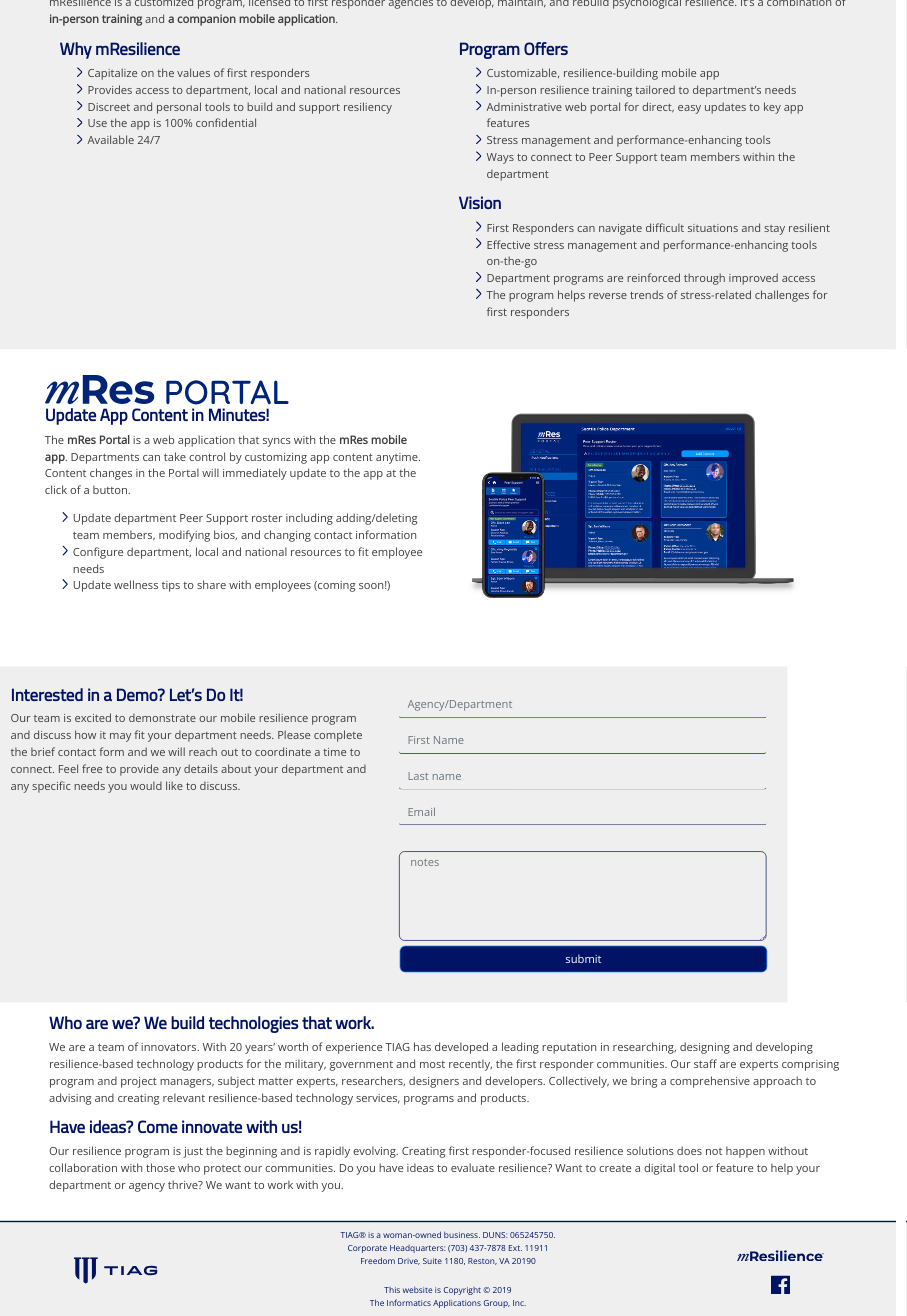
Repository: shenjune/mResilienceWebsite
Page: index.html
These files come from the project's save history. The page is drawn as it stood at one moment and after the next save; the edit follows.
The browser window is 1280 px wide. The page is 1295 px wide, so the pictures cover 1295 px, including what lies to the right of the window. The pictures show the part of the page from y = 1330 to 3210 px (the page is 3210 px tall before and 3180 px after), at 70% of full size.
Some web libraries are served in a nearby version.

Above is the page before, as saved 2019-11-09 13:07:11.

### index.html
<!doctype html>
<html lang="en">
<head>
	<title>TIAG mResilience</title>
	<!-- Required meta tags -->
	<meta charset="utf-8">
	<meta name="viewport" content="width=device-width, initial-scale=1, shrink-to-fit=no">

	<!-- NOTE: moved reset to before all other stylesheets -->
	<link rel="reset" href="./Assets/reset.css">

	<!-- Google Fonts -->
	<link href="https://fonts.googleapis.com/css?family=Titillium+Web&display=swap" rel="stylesheet">
	<link href="https://fonts.googleapis.com/css?family=Open+Sans&display=swap" rel="stylesheet">

	<!-- Bootstrap CSS -->
	<link rel="stylesheet" href="https://stackpath.bootstrapcdn.com/bootstrap/4.3.1/css/bootstrap.min.css" integrity="sha384-ggOyR0iXCbMQv3Xipma34MD+dH/1fQ784/j6cY/iJTQUOhcWr7x9JvoRxT2MZw1T" crossorigin="anonymous">

	<!-- Font Awesome CSS Icons (For cool glyphicons) -->
	<link rel="stylesheet" href="https://maxcdn.bootstrapcdn.com/font-awesome/4.5.0/css/font-awesome.min.css" />

	<!-- CSS Stylesheet -->
	<!-- NOTE: removed `media="screen"` attribute below since there's only one custom stylesheet -->
	<link rel="stylesheet" href="style.css"/>

</head>

<body>

<!-- 01 Nav -->
	<nav class="navbar navbar-expand-lg nav-bg-color navbar-light" id="nav">
		<a class="navbar-brand" href="#">
			<img src="Assets/Images/mResFullLogo1.svg" alt="mResilience Logo" class="img-fluid">
		</a>
		<button class="navbar-toggler" type="button" data-toggle="collapse" data-target="#navbarSupportedContent" aria-controls="navbarSupportedContent" aria-expanded="false" aria-label="Toggle navigation">
			<span class="navbar-toggler-icon"></span>
		</button>

		<!--Start of NavBar links-->
		<div class="collapse navbar-collapse titillium-font" id="navbarSupportedContent">
			<ul class="navbar-nav ml-auto">
			<!--NavBar Main Link-->
				<li class="nav-item">
					<a class="nav-link" href="#main"><h5 class= "secondFont">Main</h5><span class="sr-only">(current)</span></a>
				</li>
				<!--NavBar Why Link-->
				<li class="nav-item">
					<a class="nav-link" href="#why"><h5 class= "secondFont">The Why</h5></a>
				</li>
				<!--NavBar Features Link-->
				<li class="nav-item">
					<a class="nav-link" href="#portal-div"><h5 class= "secondFont">Features</h5></a>
				</li>
				<!--NavBar Contact Link-->
				<li class="nav-item">
					<a class="nav-link" href="#back-form"><h5 class= "secondFont">Contact</h5></a>
				</li>
				<!--NavBar About Link-->
				<li class="nav-item">
					<a class="nav-link" href="#about"><h5 class= "secondFont">About</h5></a>
				</li>
				<!--NavBar Facebook Link-->
				<li class="nav-item" id="nav-fb">
					<a href="https://www.facebook.com/mresilience/"  target= "_blank" class="nav-link"><img src="Assets/Images/Facebook.svg" alt="facebook logo"></a>
				</li>
				<!--NavBar TIAG Link to www.tiag.net-->
				<li class="nav-item" id="nav-tiag">
					<a href="http://tiag.net" target="_blank" class="nav-link"><img src="Assets/Images/TIAGlogo.svg" height="25Spx" alt="TIAG logo"></a>
				</li>
			</ul>
		</div>
	</nav>

	<!-- 02 Main -->
	<div class="row" id="main">
		<div class="col-lg-7 ml-auto col-sm-12">
			<img src="Assets/Images/01MainPhone.png" width="100%">
		</div>
		<div class="align-left col-lg-5 ml-auto ">
			<!-- Beginning header image and opening paragraph -->
			<img src="Assets/Images/mResLogo.svg" alt="mResLogo" class="mobilePadding" id="mResLogo">
			<h4 class="secondFont mobilePadding">
				Mobile App for First Responders
			</h4>
			<p class="lead mobilePadding" id="leadText">A customizable resilience-building app available 24/7 that provides direct access to peer support, department supported resources, and stress management tools.</p>
		</div>

		<div class="col-12" id="mainBottomImage">
			<!-- NOTE: style this image using id or class in the stylesheet -->
			<img src="Assets/Images/02MainFooterImage.png" id="mainBottomImage" alt="image of first responders">
		</div>
	</div>

	<!-- 03 The Why -->
	<div id="why">
		<div class="container">
			<div class="row">
				<div class="col-12">
					<!-- 03A: First Responder Challenges section-->
					<div id= "3A">
						<div class="row" id="challengesHeader">
							<h4 class="invert">First Responder Challenges</h4>
						</div>

						<!-- 03A: First Responder Challenges text -->
						<div class="row" id="challengeStatement">
							<p>First responders put resilience to the test every day. The ability to “bounce back” is critical to do the work of protecting and saving lives. But the challenges of first responder work hit at the core. <strong>Strengthening</strong> and <strongaintaining resilience</strong> are the cornerstone of any prevention program.</p>
						</div>

						<!-- 03A: Bullet Points -->
						<div class="row" id="titles">
							<!-- STRESS SECTION -->
							<div class="col-lg-6 col-sm-12" id="stressSubHeader">
								<h4 class= "secondFont">Effects of Stress & Trauma</h4>
								<!-- STRESS PTS -->
								<div class="row">
								<!-- STRESS BULLET POINTS I-->
									<div class="col-6" >
										<ul class="checkBullets">
											<li>Burnout</li>
											<li>Obesity</li>
											<li>Substance Abuse</li>
											<li>PTSD</li>
											<li>Depression</li>
										</ul>
									</div>
							<!-- STRESS BULLET POINTS PT II-->
									<div class="col-6" >
										<ul class="checkBullets">
											<li>Anxiety</li>
											<li>Domestic Abuse</li>
											<li>Suicide</li>
											<li>Poor cardiac health</li>
											<li>Agitation/Anger</li>
										</ul>
									</div>
								</div>
							</div>

							<!-- DEPARTMENT SECTION -->
							<div class="col-lg-6 col-sm-12" id="challengesSubHeader">
								<h4 class= "secondFont">Department Challenges</h4>
								<div class="row">
								<!-- DEPARTMENT PTS -->
									<div class="col-12" id="challengebullets">
										<ul class= "exPt">
											<li>Impact of stress on productivity, performance and retention</li>
											<li>Cost-effective ways to address the mental challenges of the job</li>
											<li>The stigma against seeking psychological help</li>
										</ul>
									</div>
								</div>
							</div>
						</div>
					</div>
				</div>
			</div>

			<!--03B: The Solution Section-->
			<div id="solutionSection">
				<!-- Solution Title -->
				<div class="row" id="solutionHeader">
					<h4 class="invert">The Solution</h4>
				</div>

				<!-- Solution Statement -->
				<div class="row" id="solutionStatement">
					<p>mResilience is a customized program, licensed to first responder agencies to develop, maintain, and rebuild psychological resilience. It’s a combination of <strong>in-person training</strong> and <strong>a companion mobile application</strong>.</p>
				</div>

				<!-- Solution Bullet Points -->
				<div class="row" id="titles2">
					<div class="col-lg-6 ml-auto col-sm-12" id="whymResSubHeader">
						<h4 class="secondFont">Why mResilience</h4>
						<ul class="arrow" id="whyBullets">
							<li>Capitalize on the values of first responders</li>
							<li>Provides access to department, local and national resources</li>
							<li>Discreet and personal tools to build and support resiliency</li>
							<li>Use the app is 100% confidential</li>
							<li>Available 24/7</li>
						</ul>
					</div>

				<!-- <div id="programOffers"> -->
					<div class="col-lg-6 ml-auto col-sm-12" id="programSubHeader">
						<h4 class="secondFont">Program Offers</h4>
						<ul class="arrow" id="offerBullets">
							<li>Customizable, resilience-building mobile app</li>
							<li>In-person resilience training tailored to department’s needs</li>
							<li>Administrative web portal for direct, easy updates to key app features</li>
							<li>Stress management and performance-enhancing tools</li>
							<li>Ways to connect to Peer Support team members within the department</li>
						</ul>
					</div>
				</div>

				<!-- Vision Bullet Points -->
				<!-- need to add align left to this div -->
				<div class="row">
					<div class="col-lg-6 ml-auto col-sm-12" id="visionSubheader">
						<h4 class="secondFont">Vision</h4>
						<ul class="arrow">
							<li>First Responders can navigate difficult situations and stay resilient</li>
							<li>Effective stress management and performance-enhancing tools on-the-go</li>
							<li>Department programs are reinforced through improved access</li>
							<li>The program helps reverse trends of stress-related challenges for first responders</li>
						</ul>
					</div>
				</div>
			</div>
		</div>
	</div>

	<!-- 04 PORTAL DIV -->
	<div id= "portal-div" class="row">
		<!-- div for the portal text -->
		<div class="col-lg-6 ml-auto col-sm-12">
			<img id="portallogo" src="Assets/Images/portallogo2.svg" alt="mResLogo">
			<h4 class= "secondFont">Update App Content in Minutes!</h4>
			<p>The <strong>mRes Portal</strong> is a web application that syncs with the <strong>mRes mobile app</strong>. Departments can take control by customizing app content anytime. Content changes in the Portal will immediately update to the app at the click of a button.</p>

			<ul class="arrow">
				<li>Update department Peer Support roster including adding/deleting team members, modifying bios, and changing contact information</li>
				<li>Configure department, local and national resources to fit employee needs</li>
				<li>Update wellness tips to share with employees (coming soon!)</li>
			</ul>
		</div>

	<!-- div for the Feature images -->
		<div class="col-lg-6 col-sm-12">
			<img id='portalImg' src="Assets/Images/portal.png" alt="portalImg">
		</div>
	</div>

	<!---- 05 Contact Form ---->
	<div id="back-form" class="container mobilePadding2 row">
		<div class= "col-lg-6 col-sm-12">
			<h4 class="secondFont">Interested in a Demo? Let’s Do It!</h4>
			<p>Our team is excited to demonstrate our mobile resilience program and discuss how it may fit your department needs. Please complete the brief contact form and we will reach out to coordinate a time to connect. Feel free to provide any details about your department and any specific needs you would like to discuss.</p>
		</div>

		<form class= "col-lg-6 col-sm-12" id="back-form2">
		<!-- INPUT SECTION -->
			<div class="form-group" >
				<!-- Department input -->
				<div class="row input-row">
					<div class="col-lg-12">
						<input type="text" class="form-control input-border" id="user-dept" placeholder="Agency/Department">
					</div>
				</div>

				<!-- First name input -->
				<div class="row input-row">
					<div class="col-lg-12">
						<input type="text" class="form-control input-border" id="user-name" placeholder="First Name">
					</div>
				</div>

				<!-- Last name input -->
				<div class="row input-row">
					<div class="col-lg-12">
						<input type="text" class="form-control input-border" id="user-last-name" placeholder="Last name">
					</div>
				</div>

				<!-- Email input -->
				<div class="row input-row">
					<div class="col-lg-12">
						<input type="email" class="form-control input-border" id="user-email" placeholder="Email">
					</div>
				</div>

				<!-- Notes input -->
				<div class="row">
					<div class="col-lg-12">
						<label for="message"></label>
						<textarea class="col-lg-12" id="message" name="message" required="required" placeholder="notes"></textarea>
					</div>
				</div>

			<!-- Submit button -->
				<div class="row">
					<div class="col-lg-12">
						<button type="submit" class="btn btn-primary" id="send">submit</button>
					</div>
				</div>
			</div>
		</form>
	</div>

	<!--06 About TIAG goes here-->
	<div id="about">
		<div class="container mobilePadding2">
			<div class="row">
				<div id = "whoWeAre" style="margin-top:15px">
					<h4 class="secondFont">
						<strong>Who are we?</strong>  We build technologies that work.
					</h4>
				</div>
				<div id ="whoWeAreP">
					<p>We are a team of innovators. With 20 years’ worth of experience TIAG has developed a leading reputation in researching, designing and developing resilience-based technology products for the military, government and most recently, the first responder communities. Our staff are experts comprising program and project managers, subject matter experts, researchers, designers and developers. Collectively, we bring a comprehensive approach to advising and creating relevant resilience-based technology services, programs and products.</p>
				</div>

			<div id="haveIdeas">
				<h4 class="secondFont">
					<strong>Have ideas?</strong> Come innovate with us!
				</h4>
			</div>

			<div id="haveIdeasP">
				<p>Our resilience program is just the beginning and is rapidly evolving. Creating first responder-focused resilience solutions does not happen without collaboration with those who protect our communities. Do you have ideas to evaluate resilience? Want to create a digital tool or feature to help your department or agency thrive? We want to work with you.</p>
			</div>
			<br>
			</div>
		</div>
	</div>

	<!-- FOOTER FOR THE WEBSITE -->
	<footer class="footer">
		<div id= "" class="container">
			<div id= "footer-row" class="row">
			<!-- footer conditions in Javascript will reference this div -->
			</div>
		</div>
	</footer>

	<!-- Optional JavaScript -->
	<!-- jQuery first, then Popper.js, then Bootstrap JS -->
	<script src="https://code.jquery.com/jquery-3.1.1.min.js"></script>
	<script src="https://cdnjs.cloudflare.com/ajax/libs/twitter-bootstrap/4.0.0/js/bootstrap.bundle.min.js"></script>

	<!-- commented out to make nytimes api work -->
	<!-- <script src="https://code.jquery.com/jquery-3.3.1.slim.min.js" integrity="sha384-q8i/X+965DzO0rT7abK41JStQIAqVgRVzpbzo5smXKp4YfRvH+8abtTE1Pi6jizo" crossorigin="anonymous"></script> -->
	<script src="https://cdnjs.cloudflare.com/ajax/libs/popper.js/1.14.7/umd/popper.min.js" integrity="sha384-UO2eT0CpHqdSJQ6hJty5KVphtPhzWj9WO1clHTMGa3JDZwrnQq4sF86dIHNDz0W1" crossorigin="anonymous"></script>
	<script src="https://stackpath.bootstrapcdn.com/bootstrap/4.3.1/js/bootstrap.min.js" integrity="sha384-JjSmVgyd0p3pXB1rRibZUAYoIIy6OrQ6VrjIEaFf/nJGzIxFDsf4x0xIM+B07jRM" crossorigin="anonymous"></script>

	<!-- script link to send email from contact form to tiag -->
	<script src="https://smtpjs.com/v3/smtp.js"></script>
	<script src="script.js"></script>

</body>
</html>

### style.css
/* BODY */

body {
    /*  APPLIES OPEN SANS WITH GREY COLOR TO WHOLE PAGE */
    /*  Desired effect is making all text the grey and sans */
    font-family: 'Open Sans', sans-serif;
    color: #3e3e3e;
    width: 100%;
    font-weight: normal;
}

/*  CLASS FOR TITILLIUM FONT WITH BLUE COLOR */

.secondFont {
    font-family: 'Titillium Web', sans-serif;
    color: #001365;
    font-weight: bold;
}

/*  CLASS FOR INVERTED HEADER */

.invert {
    margin-top: 15px;
    font-family: 'Titillium Web', sans-serif;
    color: #eeeeee;
    background-color: #001365;
    padding: 10px;
    padding-left: 15px;
}

/* 01 Nav */

/*scroll-behavior animation for Chrome and FoxFire*/
html {
    scroll-behavior: smooth;
}

#nav{
    position: fixed;
    z-index: 1;
}

nav {
    background-color: #efefef;
    border-bottom: 2px solid #001365;
    top: 0;
    width: 100%;
}

.nav-link {
    margin-right: 15px;
    padding: 5px;
    margin-top: 0px;
    align-items: center;
    justify-content: center;
    }

.nav-link h5:hover {
    font-family: 'Titillium Web', sans-serif;
    color: #eeeeee;
    background-color: #001365;
    }


/* 02 Main Section */

div#main.row{
    margin-top: 8%;
}

#main h4 {
    margin-top: 30px;
}

#mResLogo {
    margin-top: 5%;
}

#mainBottomImage {
    width: 100%;
    height: auto;
    margin: 0 auto;
    position: relative;
    top: 0;
    bottom:0;
    z-index: -1;
}
/* White mResilience Logo that overlays on the people picture under the mobile app image in 02. Main section*/
/*div img#whiteLogo {
    margin: 10% 35%;
    position: absolute;
} */

/* 03 The Why Section */

#why {
    background:#efefef;
    padding-bottom: 2%;
}

.checkBullets {
    list-style-image: url('Assets/Images/02checkmark.svg');
}

.exPt {
    list-style-image: url('Assets/Images/02exclamation.svg');
}

.arrow {
    list-style-image: url('Assets/Images/02arrow.svg')
}

/* 04 Portal Section*/

#portal-div {
    color:#3e3e3e;
    background:white;
    width:100%;
    padding-top: 2%;
    padding-left: 5%;
    padding-right: 5%;
    padding-bottom:5%;
}

#portallogo {
    height: 12%;
    margin-top: 2%;

}

#portalImg {
    width:100%;
    height:auto;
    padding-top: 8%;
    padding-right:3%;
}

/* 05 contact form */

#back-form {
    background:#efefef;
    padding-top: 2%;
    padding-bottom: 2%;
}
div.container div.row h4.secondFont{
    padding-top: 0%;
}

div.container div.row form#back-form.col-lg-6.col-sm-12{
    padding-top:2%;
    padding-left: 0%;
}
/* 05 Contact form border & background color by ID */

.input-row {
    margin-top:10px;
    margin-bottom:10px;
}

#user-dept {
    background:#efefef;
}

#user-name {
    background:#efefef;
}

#user-last-name {
    background:#efefef;
}

#user-email {
    background:#efefef;
}

#message{
    border-radius: 8px;
    height: 8em;
    border: 1.5px solid #001365;
    background:#efefef;
}

.input-border {
    border-style: none;
    border-bottom: 1.5px solid #001365;
    margin-bottom: .20em;
}

#send{
    width: 100%;
    margin: 1px;
    background-color: #001365;
    border-radius:8px;
}

#send:hover{
    background-color: #EFEFEF;
    color:#001365;
}

/*Footer*/
.footer {
    border-top: 2px solid #001365;
    padding: 10px;
    bottom: 0;
    width: 100%;
    background: #efefef;
    text-align: center;
    color: #001365;
    float: left;

}

.pFooter {
    font-size: 12px;
    margin: 0px;
    line-height: 1.5em;
}

.footerImage {
    padding: 10px;
    margin-left: auto;
    margin-right: auto;
}

h3 {
    color: #001365;
}

/* when the screen is mobile the padding for the 02 Main section and 06 About sections are given more space for readability */
@media only screen and (max-width:600px){
    .mobilePadding {
        padding-left:13%;
        padding-right: 5%;
    }

    .mobilePadding2 {
        padding-left: 8%;
        padding-right: 5%;
    }

    #portallogo {
        height: 10%;
        padding-bottom: 3%;
    }
};

/* when the screen is for a desktop the padding for the 02 Main is change for nicer visual spacing */
@media only screen and (min-width: 768px) {
    #leadText {
        padding-right: 15%;
    }

    #portallogo {
        height: 12%;
        padding-bottom: 3%;
    }
};

Loaded but not shown: script.js (135 lines, source omitted)

After the next save:
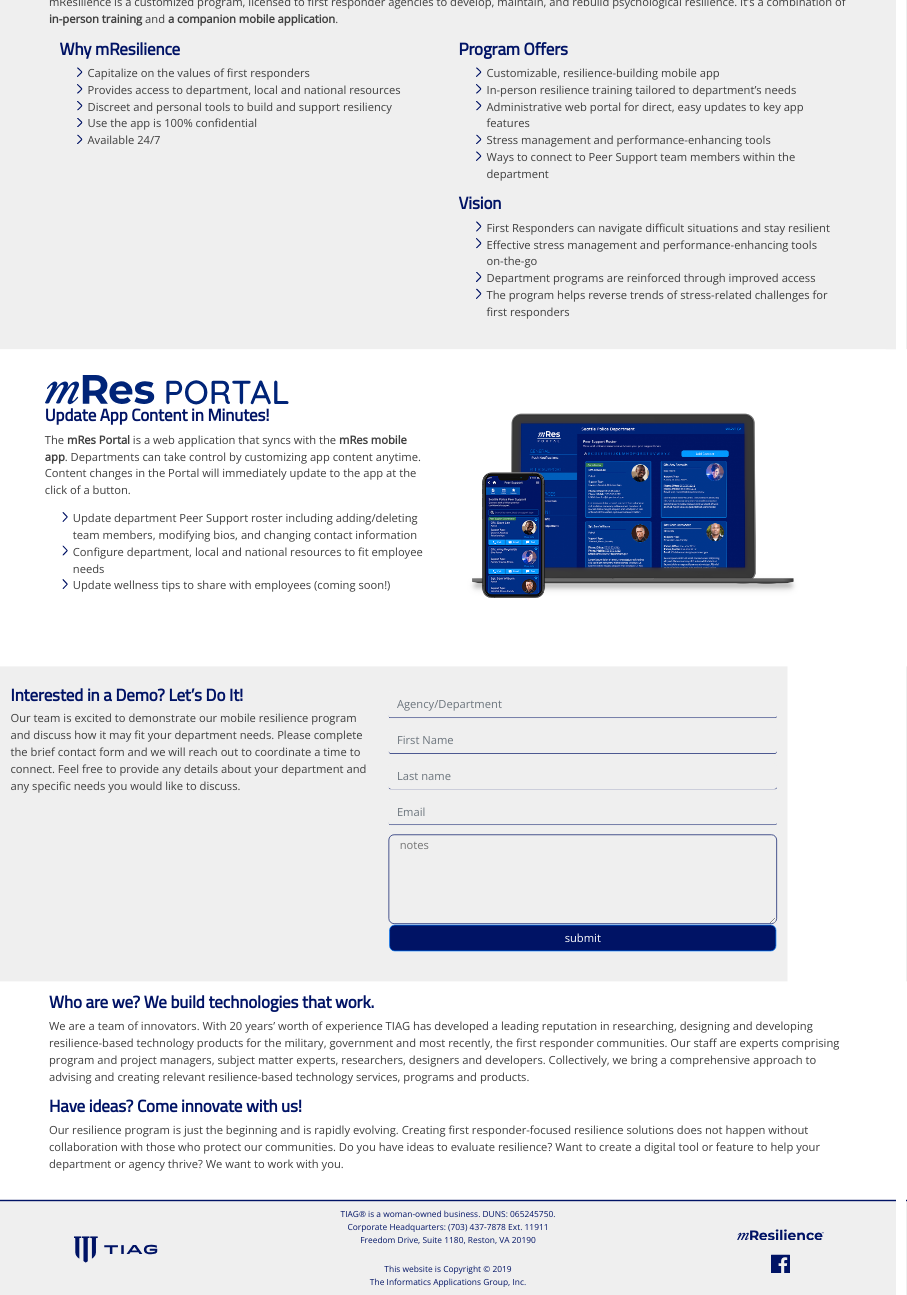
Saved 38 s later.
--- a/index.html
+++ b/index.html
@@ -244,45 +244,33 @@
 			<div class="form-group" >
 				<!-- Department input -->
 				<div class="row input-row">
-					<div class="col-lg-12">
-						<input type="text" class="form-control input-border" id="user-dept" placeholder="Agency/Department">
-					</div>
+					<input type="text" class="form-control input-border" id="user-dept" placeholder="Agency/Department">
 				</div>
 
 				<!-- First name input -->
 				<div class="row input-row">
-					<div class="col-lg-12">
-						<input type="text" class="form-control input-border" id="user-name" placeholder="First Name">
-					</div>
+					<input type="text" class="form-control input-border" id="user-name" placeholder="First Name">
 				</div>
 
 				<!-- Last name input -->
 				<div class="row input-row">
-					<div class="col-lg-12">
-						<input type="text" class="form-control input-border" id="user-last-name" placeholder="Last name">
-					</div>
+					<input type="text" class="form-control input-border" id="user-last-name" placeholder="Last name">
 				</div>
 
 				<!-- Email input -->
 				<div class="row input-row">
-					<div class="col-lg-12">
-						<input type="email" class="form-control input-border" id="user-email" placeholder="Email">
-					</div>
+					<input type="email" class="form-control input-border" id="user-email" placeholder="Email">
 				</div>
 
 				<!-- Notes input -->
 				<div class="row">
-					<div class="col-lg-12">
-						<label for="message"></label>
-						<textarea class="col-lg-12" id="message" name="message" required="required" placeholder="notes"></textarea>
-					</div>
+					<label for="message"></label>
+					<textarea class="col-lg-12" id="message" name="message" required="required" placeholder="notes"></textarea>
 				</div>
 
 			<!-- Submit button -->
 				<div class="row">
-					<div class="col-lg-12">
-						<button type="submit" class="btn btn-primary" id="send">submit</button>
-					</div>
+					<button type="submit" class="btn btn-primary" id="send">submit</button>
 				</div>
 			</div>
 		</form>
